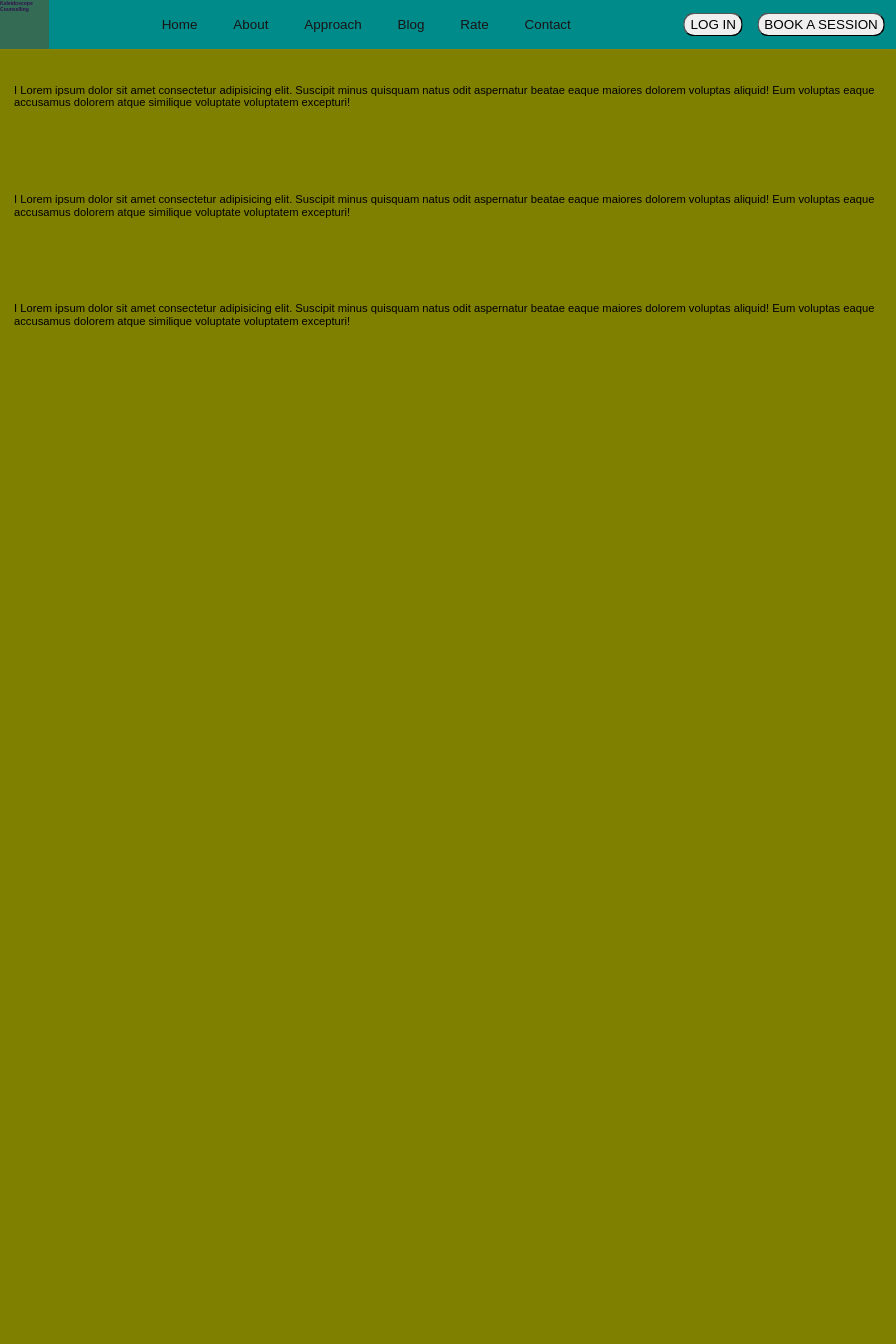
Repository: voutadi/ava-website
Page: index.html
These files come from the project's save history. The page is drawn as it stood at one moment and after the next save; the edit follows.
The browser window is 1280 px wide. The pictures show the part of the page from y = 0 to 1920 px (the page is 3120 px tall), at 70% of full size.

Above is the page before, as saved 2024-11-24 21:54:42.

After the next save:
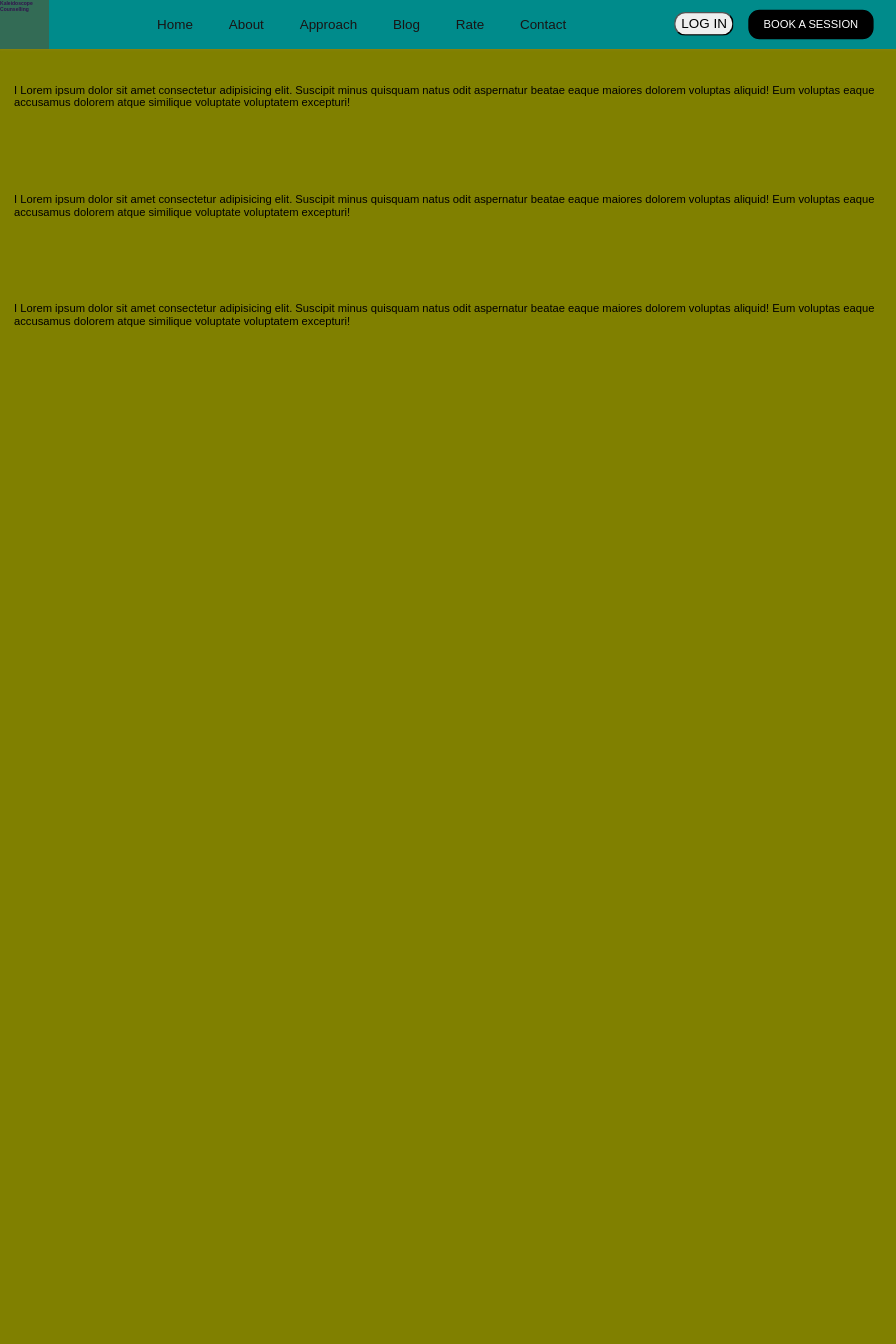
Saved 30 s later.
--- a/styles/style.css
+++ b/styles/style.css
@@ -66,7 +66,7 @@
 .navbar a:active {
   background-color: rgb(176, 163, 163);
 }
-.
+
 
 .book-session {
   background-color: black;

After the save that followed:
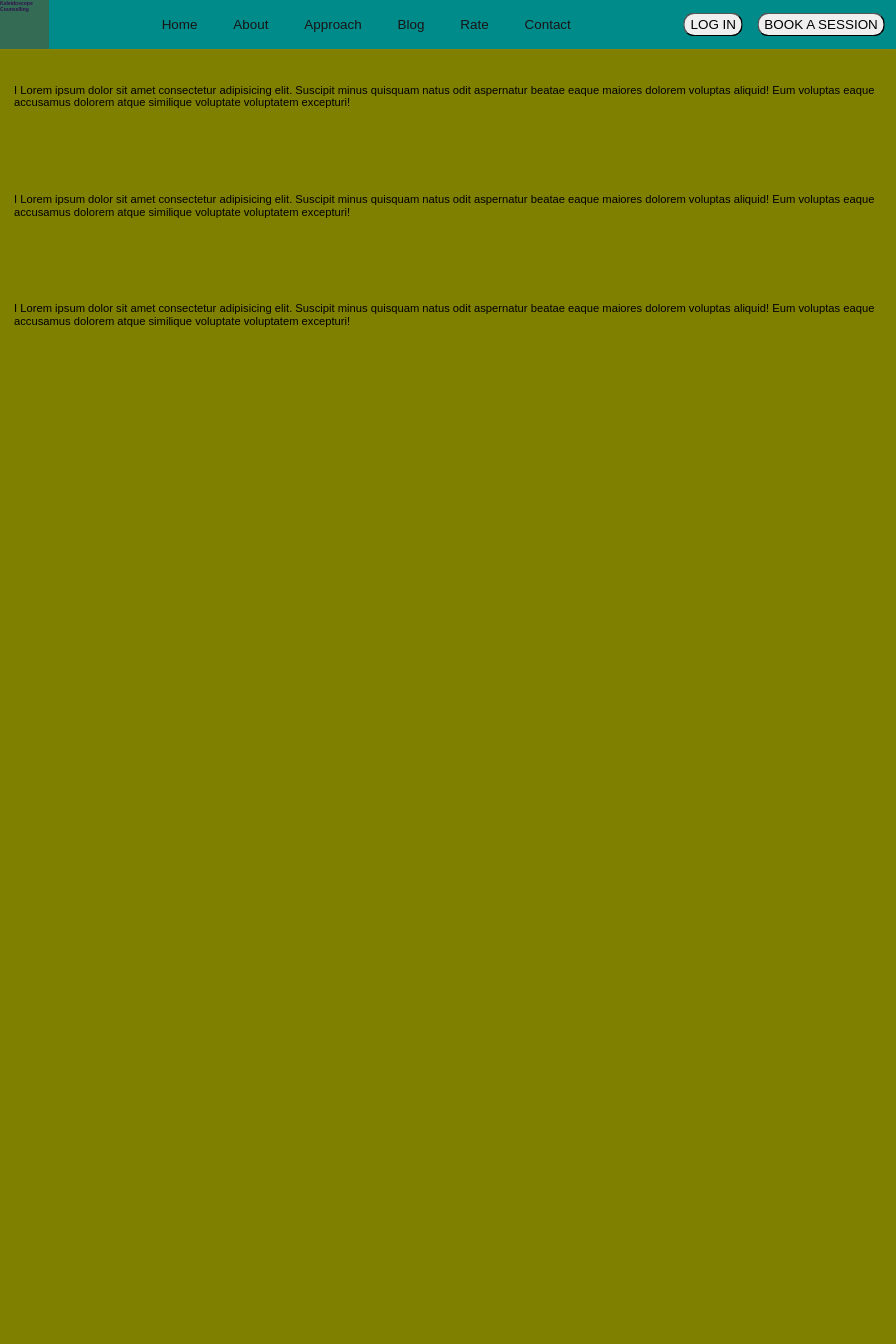
Saved 14 s later.
--- a/styles/style.css
+++ b/styles/style.css
@@ -66,7 +66,7 @@
 .navbar a:active {
   background-color: rgb(176, 163, 163);
 }
-
+.
 
 .book-session {
   background-color: black;
